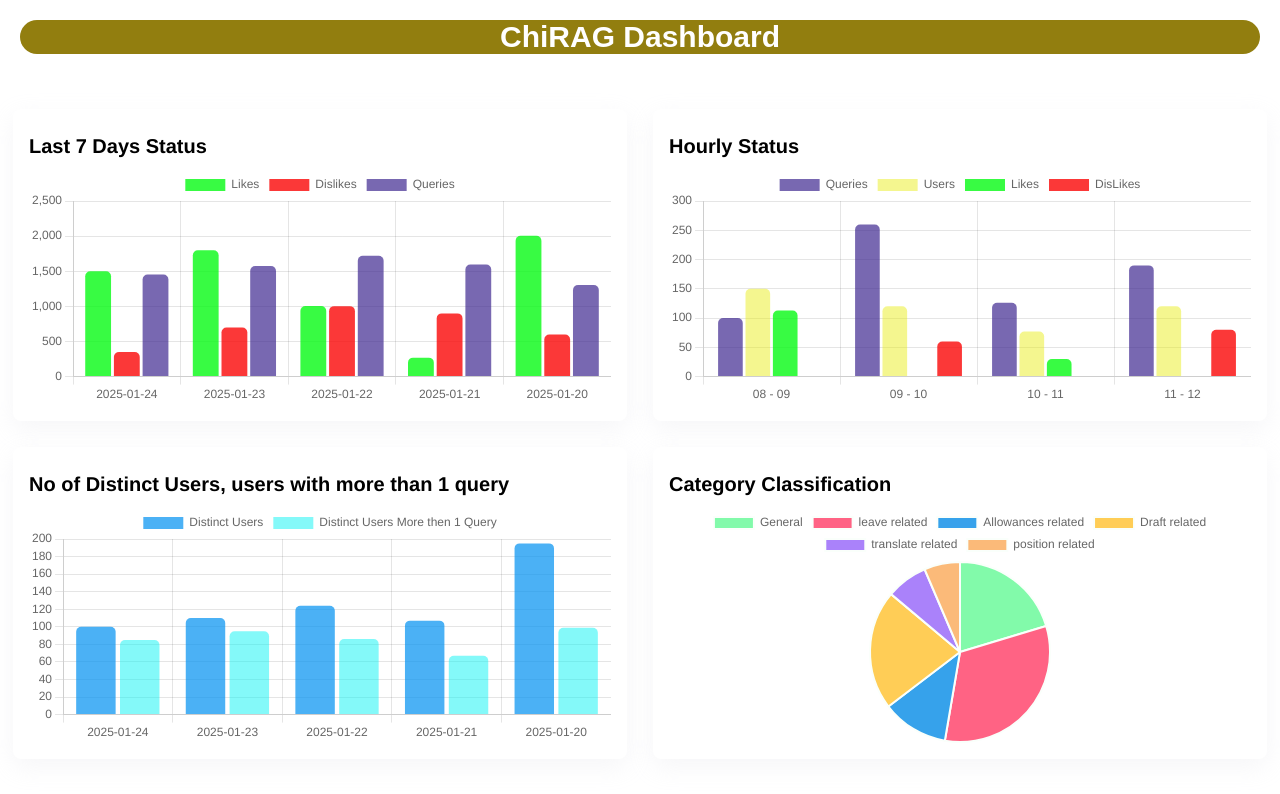
Repository: NAGARAJ-DEVELOPER/Dashboard
Page: /
The author's editor kept a copy of each file at every save. The page is drawn from the files as they stood at one save, then again after the next save.
The browser window is 1280 px wide. The pictures show the whole page.
The project was rebuilt for these pictures with package versions that can differ from the ones it lists, and the page was loaded fresh each time. Also part of the build but not shown: vite.config.js.

Above is the page before, as saved 2025-02-16 16:27:08.

### src/App.jsx
import React from "react";
import { Chart as ChartJS, defaults } from "chart.js/auto";
import { Bar, Doughnut, Line, Pie } from "react-chartjs-2";
import { useState,useEffect } from "react";

import "./App.css";




defaults.maintainAspectRatio = false;
defaults.responsive = true;

defaults.plugins.title.display = true;
defaults.plugins.title.align = "start";
defaults.plugins.title.font.size = 20;
defaults.plugins.title.color = "black";

export const App = () => {

  const [Week, setWeekData] = useState([]);
  const [toady, setTodayData] = useState([]);
  const [user, setUserData] = useState([]);
  const [category, setCategoryData] = useState([]);

  useEffect(() => {
      fetch("./config.json") // Load config file
          .then((response) => response.json())
          .then((config) => {
              // Fetch JSON files dynamically
              console.log("Success");
              loadJSON(config.week, setWeekData);
              loadJSON(config.today, setTodayData);
              loadJSON(config.user, setUserData);
              loadJSON(config.category, setCategoryData);
          })
          .catch((error) => console.error("Error loading config.json:", error));
  }, []);

  const loadJSON = (path, setter) => {
      fetch(path)
          .then((response) => response.json())
          .then((data) => setter(data))
          .catch((error) => console.error(`Error loading ${path}:`, error));
  };

  return (
   <>
   <div className="HeaderStyle">
   <h1 >ChiRAG Dashboard</h1>
   </div>
    <div className="App">

        <div className="dataCard categoryCard">
        <Bar
          data={{
            labels: Week.map((data) => data.DATE1),
            datasets: [
              {
                label: "Likes",
                data: Week.map((data) => data.number_of_likes),
                backgroundColor: [
             "rgba(7, 250, 20, 0.8)",
                ],
                borderRadius: 5,
              },
              {
                label: "Dislikes",
                data: Week.map((data) => data.number_of_dislikes),
                backgroundColor: [

                  "rgba(250, 7, 7, 0.8)",

                ],
                borderRadius: 5,
              },
              {
                label: "Queries",
                data: Week.map((data) => data.number_of_ques),
                backgroundColor: [
                  "rgba(63, 40, 145, 0.7)",
                ],
                borderRadius: 5,
              },
            ],
          }}
          options={{
            plugins: {
              title: {
                text: "Last 7 Days Status",
              },
            },
          }}
        />
      </div>


      <div className="dataCard categoryCard">
        <Bar
          data={{
            labels: toady.map((data) => data.B_TIME),
            datasets: [
              {
                label: "Queries",
                data: toady.map((data) => data.C_Questions),
                backgroundColor: [
                  "rgba(63, 40, 145, 0.7)",
                ],
                borderRadius: 5,
              },
              {
                label: "Users",
                data: toady.map((data) => data.D_Users),
                backgroundColor: [

                  "rgba(231, 235, 8, 0.45)",

                ],
                borderRadius: 5,
              },
              {
                label: "Likes",
                data: toady.map((data) => data.F_Likes),
                backgroundColor: [
                  "rgba(7, 250, 20, 0.8)",
                ],
                borderRadius: 5,
              },
              {
                label: "DisLikes",
                data: toady.map((data) => data.Dis_Likes),
                backgroundColor: [
                  "rgba(250, 7, 7, 0.8)",
                ],
                borderRadius: 5,
              },
            ],
          }}
          options={{
            plugins: {
              title: {
                text: "Hourly Status",
              },
            },
          }}
        />
      </div>


      <div className="dataCard categoryCard">
        <Bar
          data={{
            labels: user.map((data) => data.DATE1),
            datasets: [
              {
                label: "Distinct Users",
                data: user.map((data) => data.number_of_distinct_users),
                backgroundColor: 'rgba(9, 149, 241, 0.73)',
                borderRadius: 5,
              },
              {
                label: "Distinct Users More then 1 Query",
                data: user.map((data) => data.Distinct_Users_more_1query),
                backgroundColor:'rgba(10, 243, 243, 0.5)',
                borderRadius: 5,
              },
            ],
          }}
          options={{
            plugins: {
              title: {
                text: "No of Distinct Users, users with more than 1 query",
              },
            },
          }}
        />
      </div>


      <div className="dataCard categoryCard">
        <Pie
          data={{
            labels: category.map((data) => data.category),
            datasets: [
              {
                label: "Count",
                data: category.map((data) => data.COUNT_CAT),
                backgroundColor: [
                  'rgba(7, 245, 86, 0.5)',
         'rgb(255, 99, 132)',
      'rgb(54, 162, 235)',
      'rgb(255, 205, 86)',
        'rgba(86, 6, 245, 0.5)',
        'rgba(247, 129, 11, 0.55)',
                ],
                borderColor: [
                  'rgb(250, 255, 251)',
                  'rgb(250, 255, 251)',
                  'rgb(250, 255, 251)',
                  'rgb(250, 255, 251)',
                  'rgb(250, 255, 251)',
                  'rgb(250, 255, 251)',
                ],animation :Pie,
              },
            ],
          }}
          options={{
            plugins: {
              title: {
                text: "Category Classification",
              },
            },
          }}
        />
      </div>
    </div>
    </>
  );
};

### src/App.css
.App {
  height: 100vh;
  width: 100%;
  display: flex;
  flex-direction: row;
  align-items: center;
  justify-content: center;
  align-content: center;
  gap: 2vw;
  flex-wrap: wrap;
  background-color: #ffffff;
  overflow: auto;
}
.HeaderStyle{
  font-size: 15px;
  display: flex;
  justify-content: center; /* Horizontal alignment */
  align-items: center; /* Vertical alignment */
  background-color:  #927e0f;
  color: #ffffff;
  border-radius: 30px;
  margin: 20px;
}
.dotted {
  border-top: 20px dotted #0a0a0a;
}
.vl {
  border-left: 2px dashed rgb(8, 8, 8);
  height: 98%;
  position: absolute;
  left: 49%;
  margin-left: -3px;
  top: 0;
}
.dataCard {
  background-color: #ffffff;
  border-radius: 0.5em;
  box-shadow: rgba(208, 210, 218, 0.2) 0px 8px 24px;
  padding: 1em;
}

.revenueCard {
  width: 92%;
  height: 20rem;
}

.customerCard {
  width: 50%;
  height: 19.5rem;
}

.categoryCard {
  width: 48%;
  height: 19.5rem;
}

### public/config.json
{
    "week": "data/7days.json",
    "today": "data/Today.json",
    "user": "data/Users.json",
    "category": "data/Category.json"
  }

### public/data/7days.json
[
    {  "DATE1": "2025-01-24", "number_of_dislikes": 350, "number_of_likes": 1500,  "number_of_ques": 1452 },
    {  "DATE1": "2025-01-23", "number_of_dislikes": 700, "number_of_likes": 1800,  "number_of_ques": 1574 },
    {  "DATE1": "2025-01-22", "number_of_dislikes": 1003, "number_of_likes": 1005,  "number_of_ques": 1720 },
    {  "DATE1": "2025-01-21", "number_of_dislikes": 900, "number_of_likes": 270,  "number_of_ques": 1596 },
    {  "DATE1": "2025-01-20", "number_of_dislikes": 600, "number_of_likes": 2005,  "number_of_ques": 1304 }
  ]

### public/data/Today.json
[
  { "A_DATE": "2025-01-27", "B_TIME": "08 - 09", "C_Questions": 100, "D_Users": 150 ,"F_Likes": 113},
  { "A_DATE": "2025-01-27",  "B_TIME": "09 - 10", "C_Questions": 260, "D_Users": 120,"Dis_Likes":60},
  { "A_DATE": "2025-01-27", "B_TIME": "10 - 11", "C_Questions": 126, "D_Users": 77, "F_Likes": 30 },
  { "A_DATE": "2025-01-27", "B_TIME": "11 - 12", "C_Questions": 190, "D_Users": 120,"Dis_Likes":80 }
]

### public/data/Users.json
[
  {  "DATE1": "2025-01-24", "number_of_distinct_users": 100, "Distinct_Users_more_1query": 85 },
  {  "DATE1": "2025-01-23", "number_of_distinct_users": 110, "Distinct_Users_more_1query": 95 },
  {  "DATE1": "2025-01-22", "number_of_distinct_users": 124, "Distinct_Users_more_1query": 86  },
  {  "DATE1": "2025-01-21", "number_of_distinct_users": 107, "Distinct_Users_more_1query": 67  },
  {  "DATE1": "2025-01-20", "number_of_distinct_users": 195, "Distinct_Users_more_1query": 99  }
]

### public/data/Category.json
[
  { "category": "General", "COUNT_CAT": 2434 },
  { "category": "leave related", "COUNT_CAT": 3870 },
  { "category": "Allowances related", "COUNT_CAT": 1430 },
  { "category": "Draft related", "COUNT_CAT": 2569 },
  { "category": "translate related", "COUNT_CAT": 891 },
  { "category": "position related", "COUNT_CAT": 770 }
]

Loaded but not shown: index.html (common file); src/main.jsx (common file); src/index.css (common file)

After the next save:
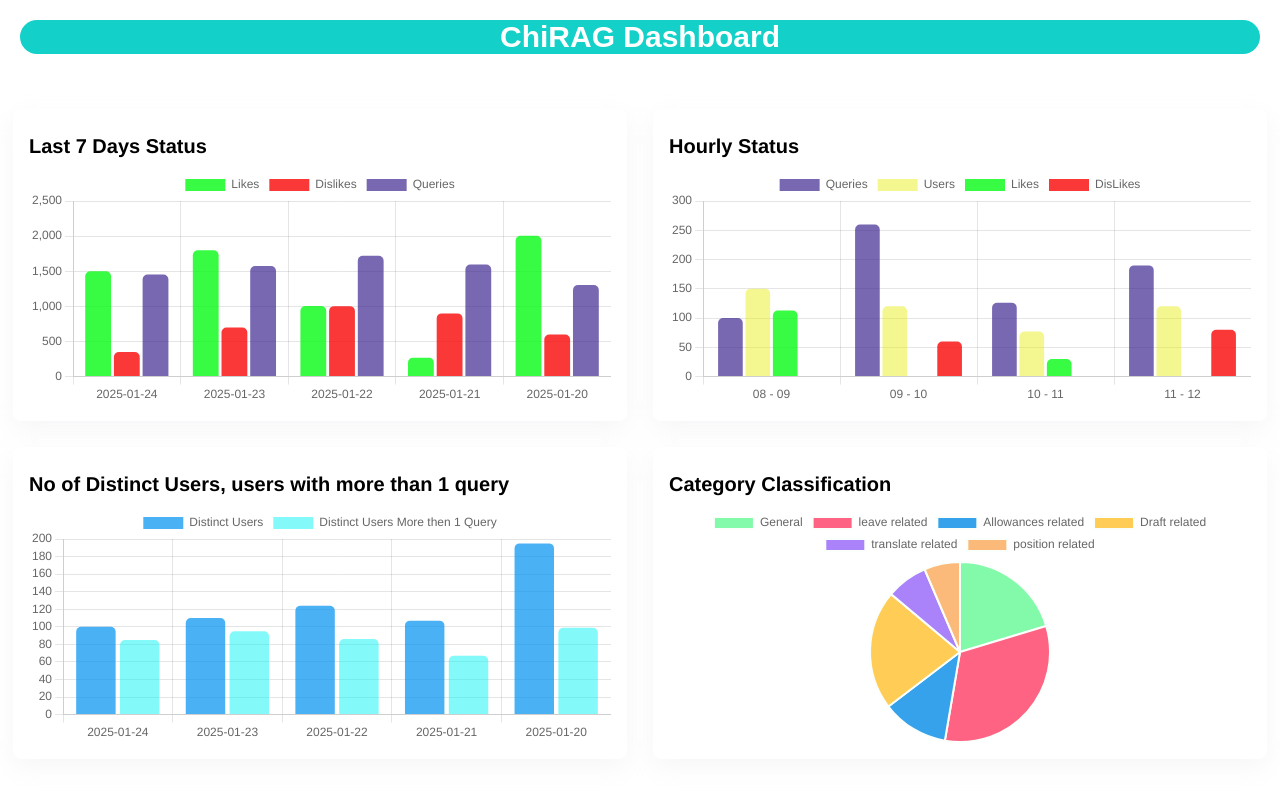
Saved 43 s later.
--- a/src/App.css
+++ b/src/App.css
@@ -16,7 +16,7 @@
   display: flex;
   justify-content: center; /* Horizontal alignment */
   align-items: center; /* Vertical alignment */
-  background-color:  #927e0f;
+  background-color:  #13d1c8;
   color: #ffffff;
   border-radius: 30px;
   margin: 20px;
